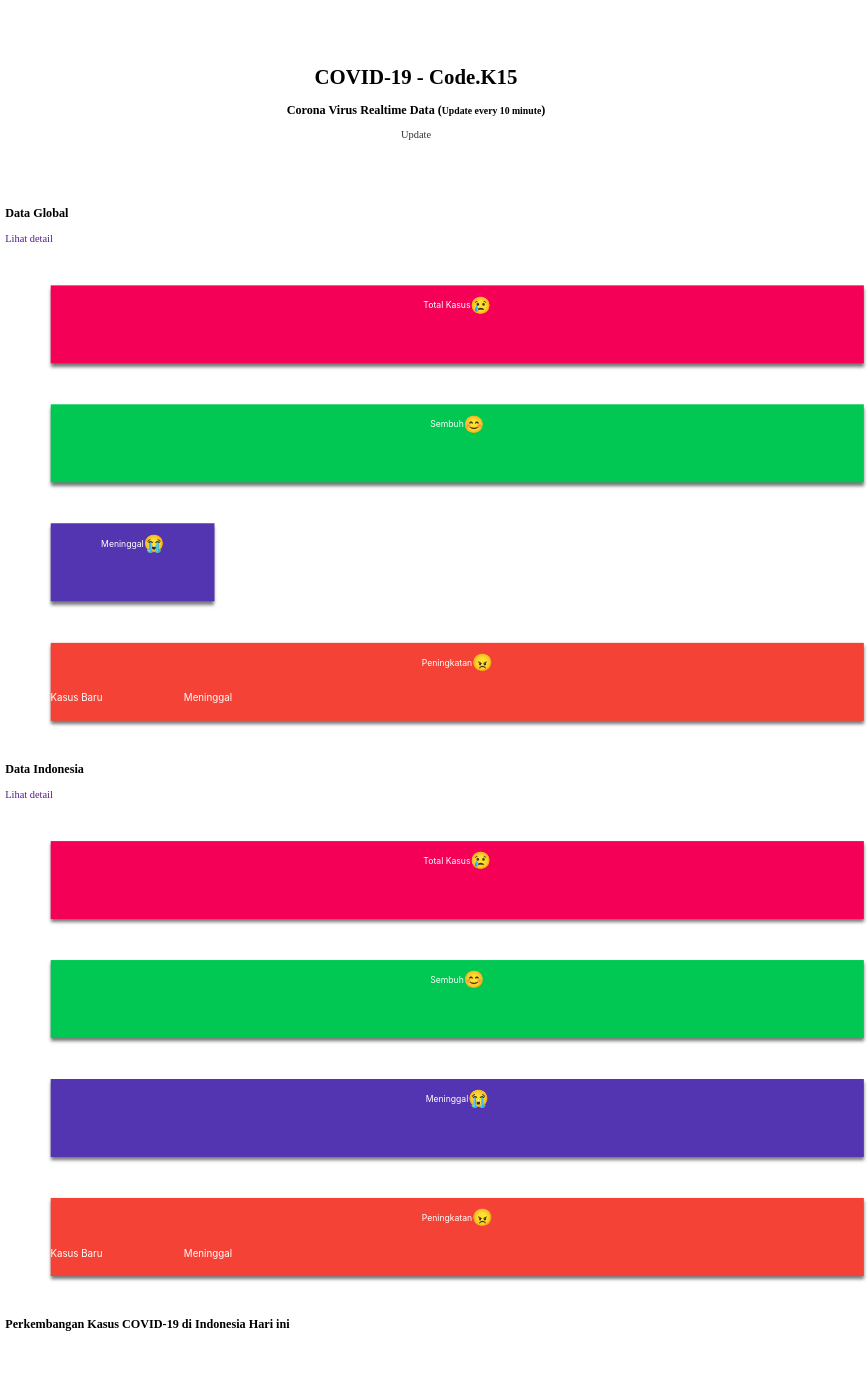
Repository: fathur15/covid19-monitoring
Page: http://localhost/covid19/apps/views/data/main/dashboard.php
These files come from the project's save history. The page is drawn as it stood at one moment and after the next save; the edit follows.
The browser window is 1280 px wide. The page is 1335 px wide, so the pictures cover 1335 px, including what lies to the right of the window. The pictures show the whole page, at 65% of full size.
The page is run by PHP 8.4 with error messages shown; the project is at /var/www/html/.

Above is the page before, as saved 2020-04-14 14:12:45.

After the next save:
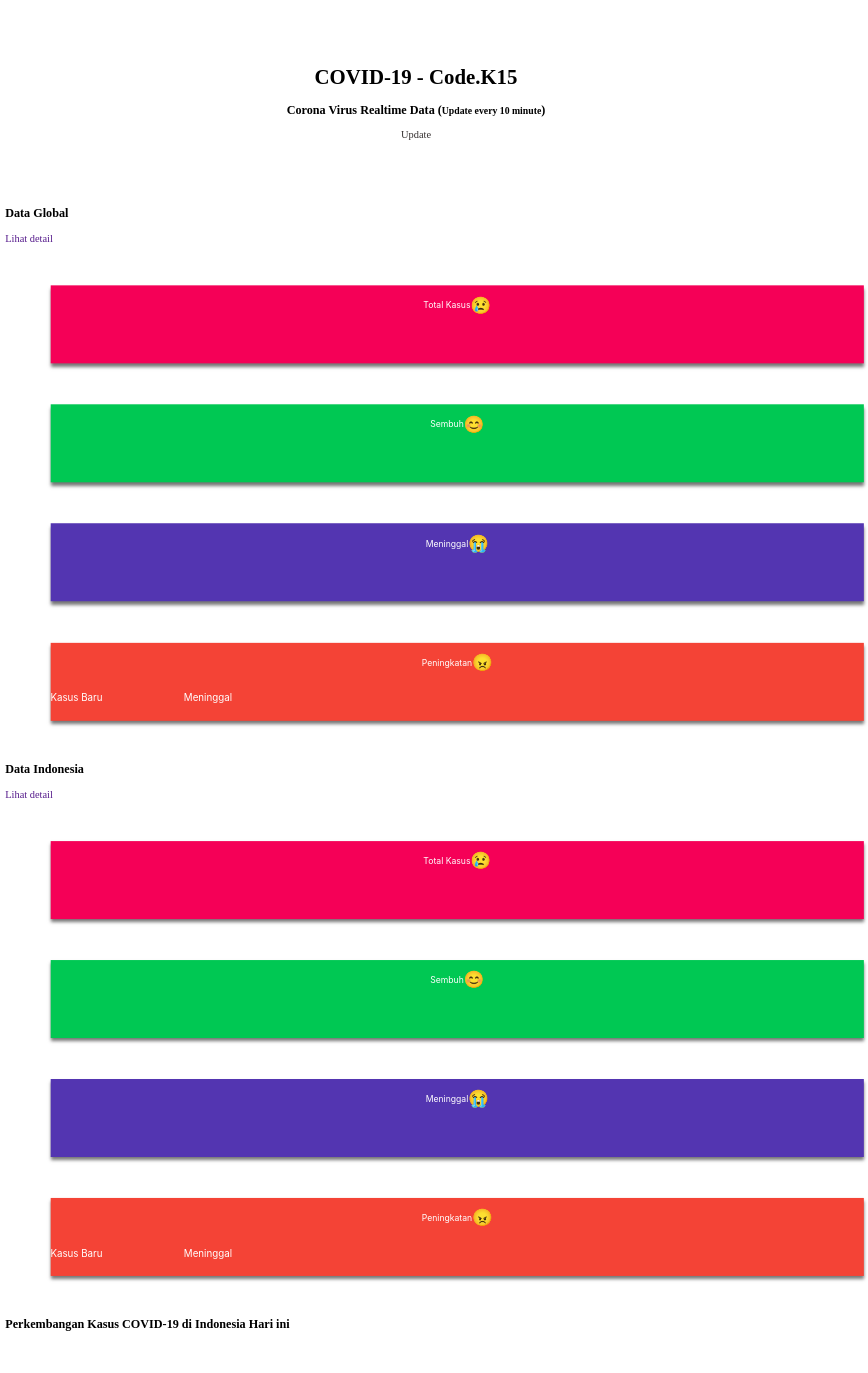
Saved 26 s later.
--- a/apps/views/data/main/dashboard.php
+++ b/apps/views/data/main/dashboard.php
@@ -64,7 +64,7 @@
                                 <!-- <p style="">Orang</p> -->
                             </div>
                         </div>
-                        <div class=" card col-sm-3 shadow-box" style="margin:5% 0.5%; width:20%; height: 120px;align-items: center;  background :#5335b1">
+                        <div class=" card col-sm-3 shadow-box" style="margin:5% 0.5%;height: 120px;align-items: center;  background :#5335b1">
                             <div class="card-body">
                                 <div style="flex-direction: row; display: flex; justify-content: center; align-items: center;">
                                     <h5 id="title-kasus-global" class="card-text">Meninggal</h5>
